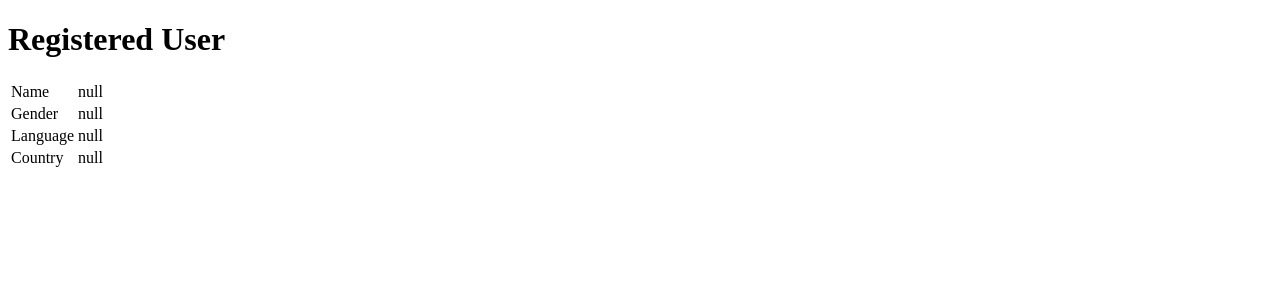
Repository: chirag555/Java_full_stack
Page: http://localhost/BasicMVC/about.jsp
An editor plug-in stored every save of this project. The page is shown before and after the next save, followed by the edit.
The browser window is 1280 px wide. The pictures show the whole page.
The page is served by Tomcat 9. Other server files are loaded and not shown.

Above is the page before, as saved 2020-02-13 07:53:36.

### BasicMVC/WebContent/about.jsp
<%@ page language="java" contentType="text/html; charset=ISO-8859-1"
    pageEncoding="ISO-8859-1"%>
<!DOCTYPE html>
<html>
<head>
<meta charset="ISO-8859-1">
<title>Details Entered</title>
</head>
<body>
<h1>Registered User</h1>
<table>
<tr>
<td>Name</td>
<td><%=request.getParameter("name") %></td>
</tr>
<tr>
<td>Gender</td>
<td><%=request.getParameter("gender") %></td>
</tr>
<tr>
<td>Language</td>
<td><%=request.getParameter("language") %></td>
</tr>
<tr>
<td>Country</td>
<td><%=request.getParameter("country") %></td>
</tr>
</table>
</body>
</html>

After the next save:
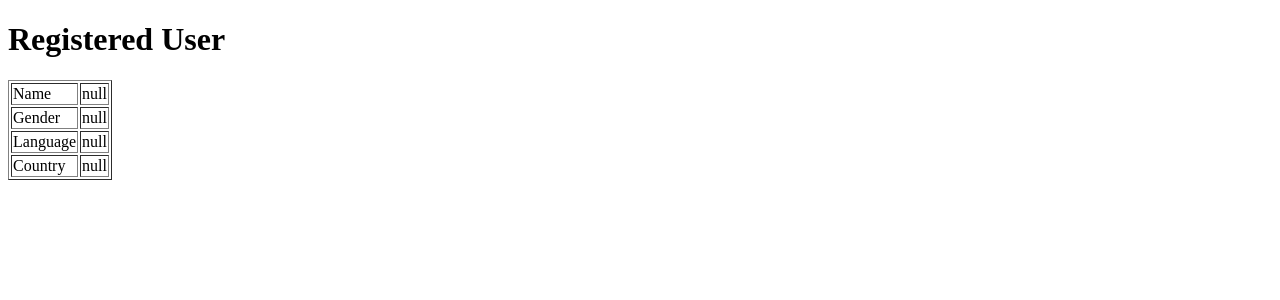
Saved 12 s later.
--- a/BasicMVC/WebContent/about.jsp
+++ b/BasicMVC/WebContent/about.jsp
@@ -8,7 +8,7 @@
 </head>
 <body>
 <h1>Registered User</h1>
-<table>
+<table border=1 >
 <tr>
 <td>Name</td>
 <td><%=request.getParameter("name") %></td>
